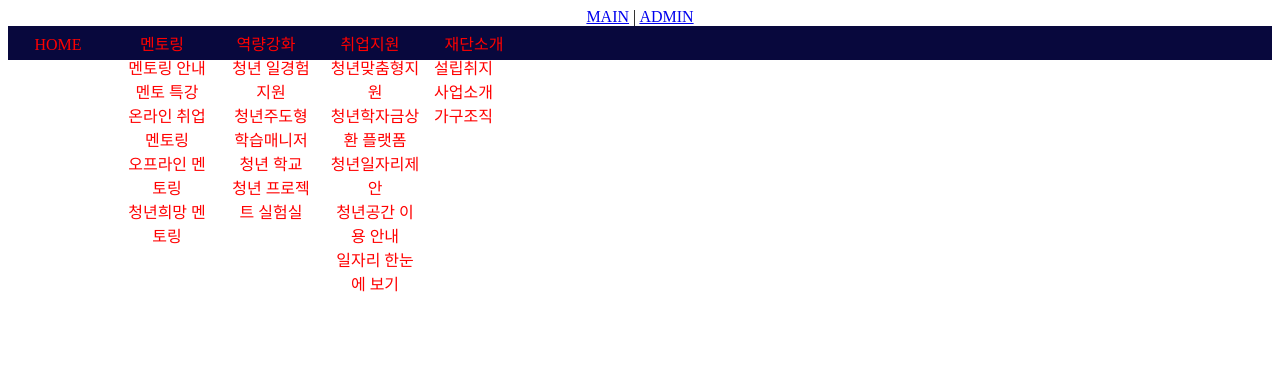
Repository: nywogud/promoPoli
Page: http://localhost/poli/WEB-INF/views/home.jsp
These files come from the project's save history. The page is drawn as it stood at one moment and after the next save; the edit follows.
The browser window is 1280 px wide. The pictures show the whole page.
The page is served by Tomcat 9. Nobody is signed in. The template is opened directly, without the code that normally fills it, so the values that code supplies are empty.

Above is the page before, as saved 2021-06-29 12:04:20.

After the next save:
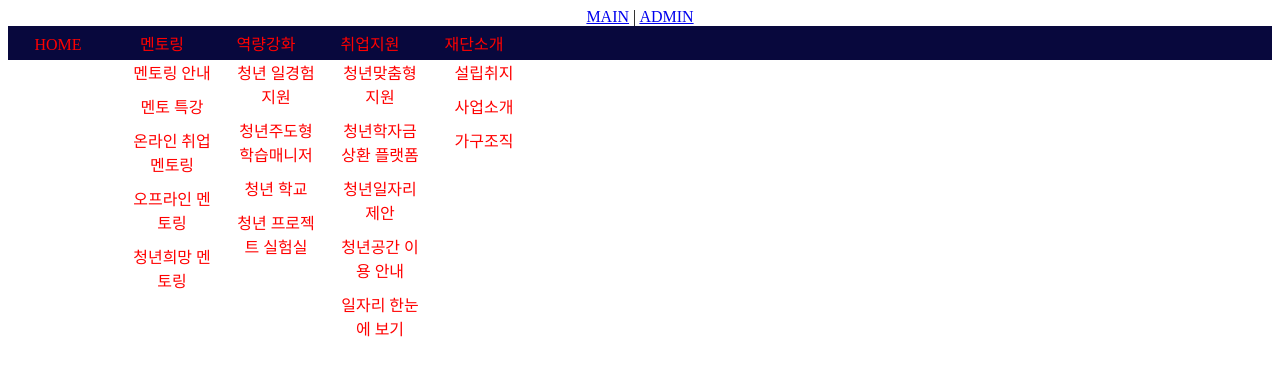
Saved 77 s later.
--- a/workspace/poli/src/main/webapp/WEB-INF/views/home.jsp
+++ b/workspace/poli/src/main/webapp/WEB-INF/views/home.jsp
@@ -20,7 +20,9 @@
 
 		ul.main > li ul.sub {/*display: none;*/ position:absolute;}
 
-
+		ul.main > li ul.sub > li{
+			display: inline-block; width: 80px; padding: 5px 10px; text-align: center;
+		}
 
 	</style>
 </head>
